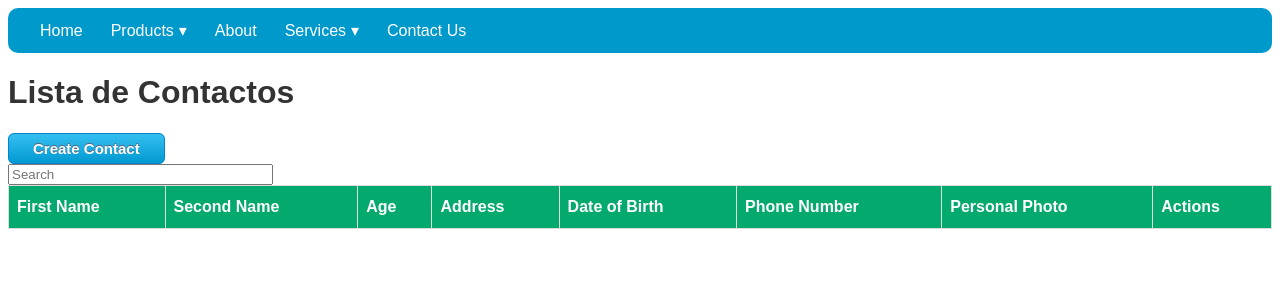
Repository: fgala1619/frontSistGestionBank
Page: index.html
An editor plug-in stored every save of this project. The page is shown before and after the next save, followed by the edit.
The browser window is 1280 px wide. The pictures show the whole page.
The page's requests for data from a server got no answer.

Above is the page before, as saved 2023-07-27 20:56:31.

After the next save:
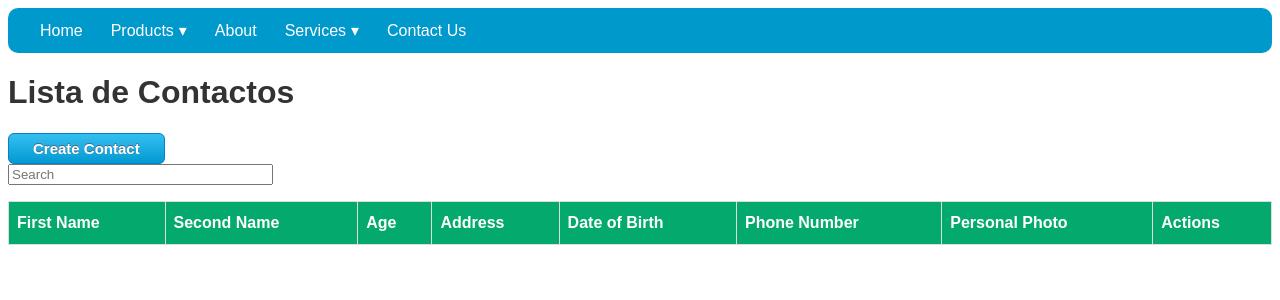
Saved 100 s later.
--- a/index.html
+++ b/index.html
@@ -33,9 +33,9 @@
 
 <a onclick="agregar()" href="#" class="myButton">Create Contact</a><br/>
 
-<div class="container">
-  <input id="txtBuscar" type="text" placeholder="Search" size="30" /><br/>
-</div>
+<form action="">
+   <input id="txtBuscar" type="text" placeholder="Search" size="30" /><br/>
+</form>
 
 <table id="customers">
   <thead>
